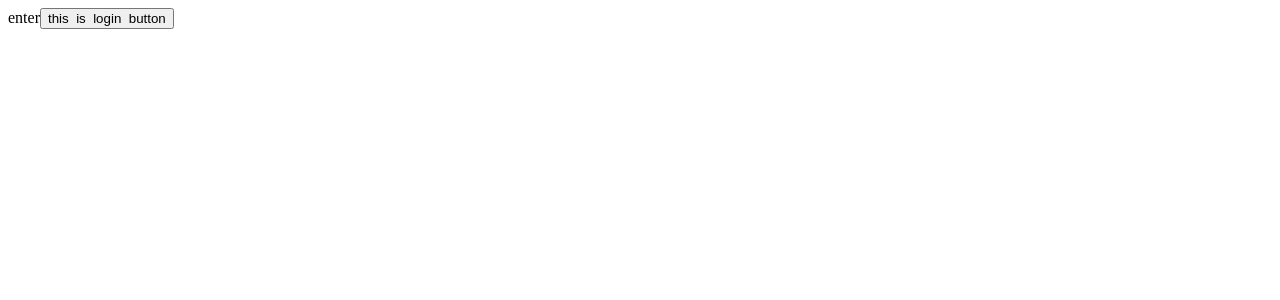
Repository: heenasalim/Java_Script
Page: JsphDemo/WebContent/HtmlforjapDemo.html
The author's editor kept a copy of each file at every save. The page is drawn from the files as they stood at one save, then again after the next save.
The browser window is 1280 px wide. The pictures show the whole page.

Above is the page before, as saved 2015-10-15 15:21:34.

After the next save:
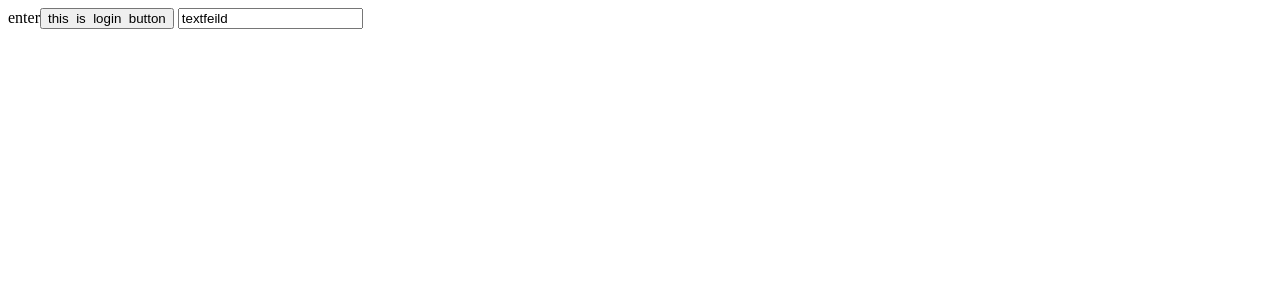
Saved 21 s later.
--- a/JsphDemo/WebContent/HtmlforjapDemo.html
+++ b/JsphDemo/WebContent/HtmlforjapDemo.html
@@ -6,8 +6,9 @@
 </head>
 <body>
 <form  action="Login.jsp" >
+
 enter<input   type="submit"  name="Login"  value="this  is  login  button">
-
+<input value="textfeild">
 </form>
 </body>
 </html>
